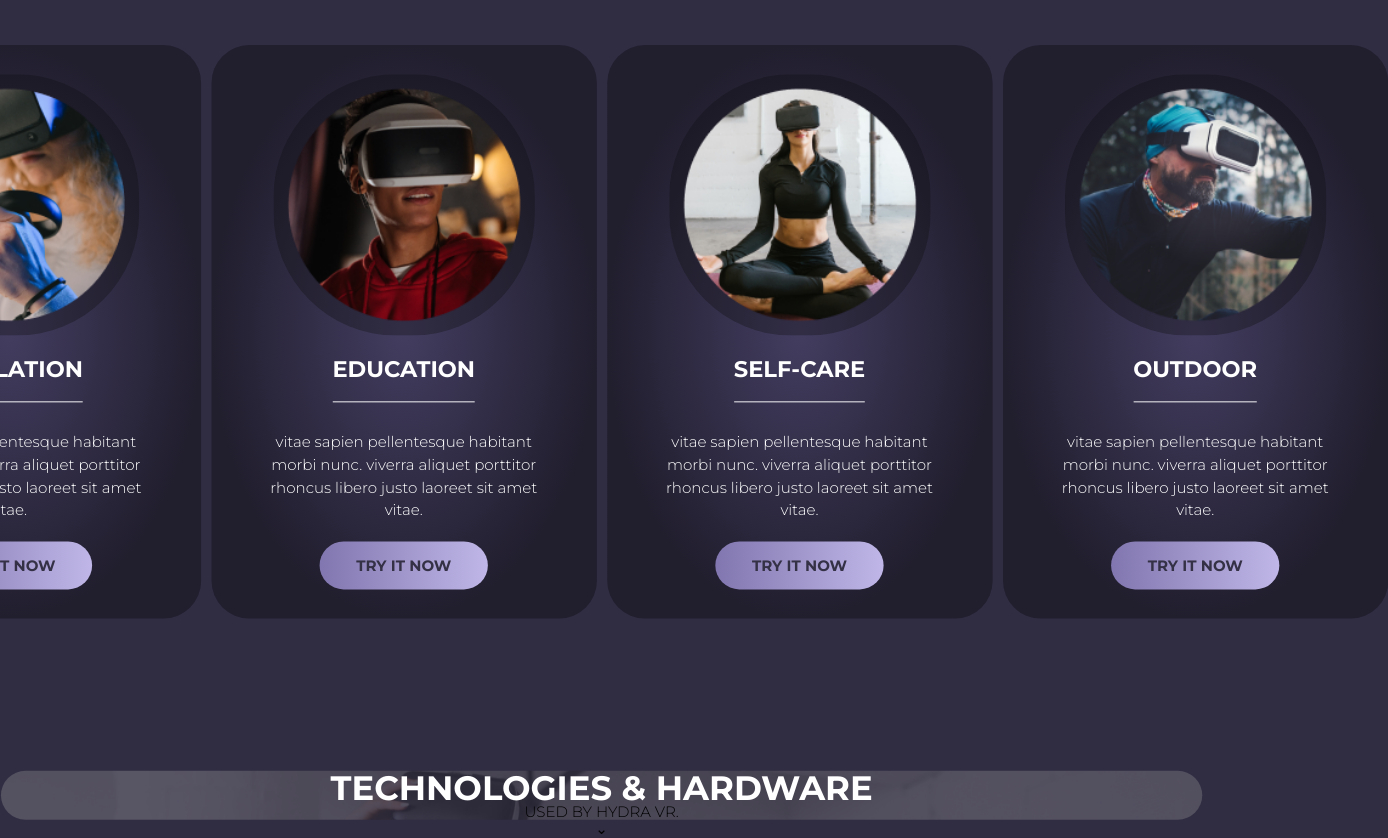
Repository: xMargi/Hydra-LandingPage
Page: index.html
These files come from the project's save history. The page is drawn as it stood at one moment and after the next save; the edit follows.
The browser window is 1280 px wide. The page is 1477 px wide, so the pictures cover 1477 px, including what lies to the right of the window. The pictures show the whole page, at 94% of full size.

Above is the page before, as saved 2023-06-07 21:00:01.

After the next save:
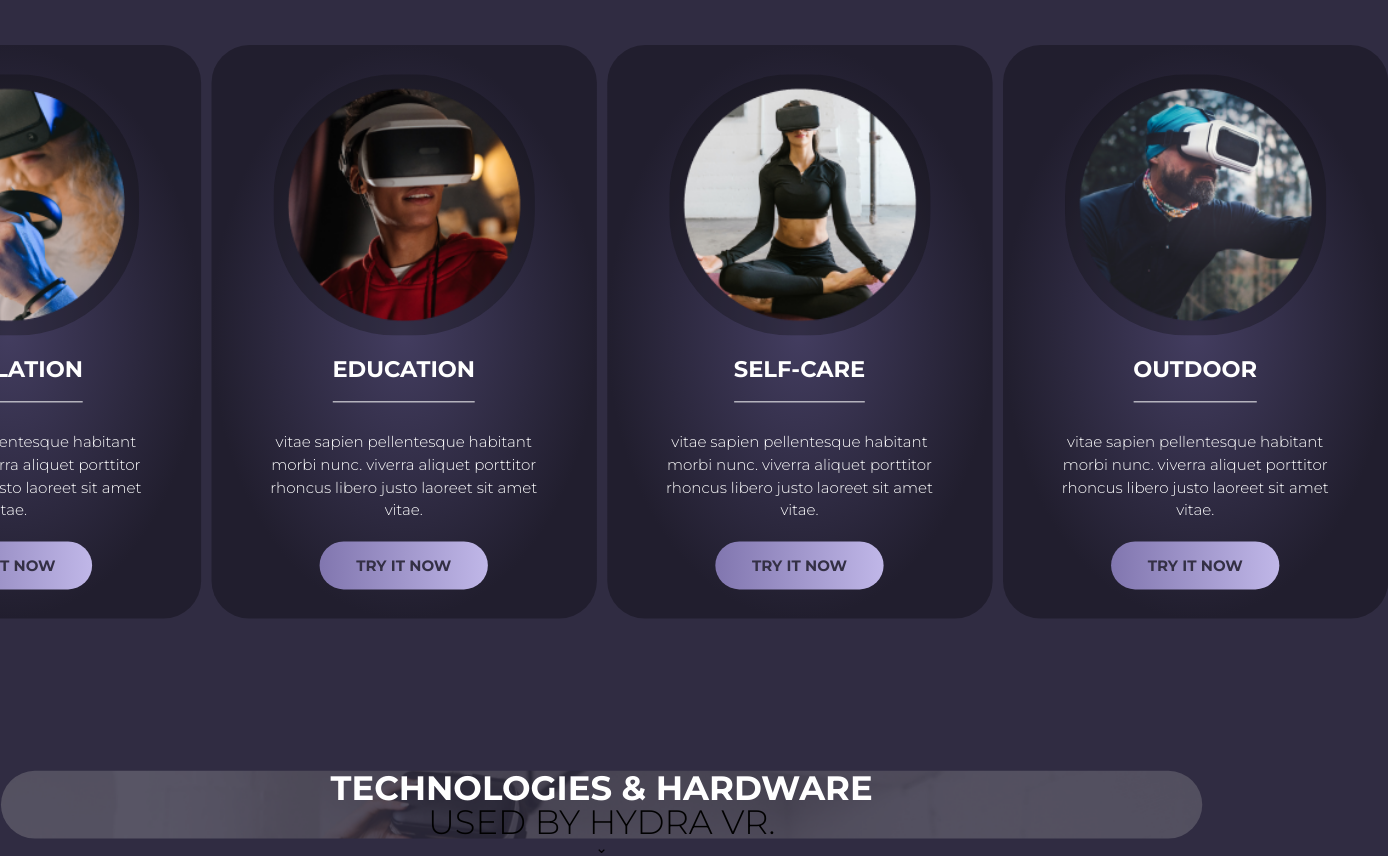
Saved 7 s later.
--- a/style.css
+++ b/style.css
@@ -119,5 +119,6 @@ body{
 .imagem__paragrafo{
 
     font-weight: 300;
+    font-size: 36px;
 
 }
